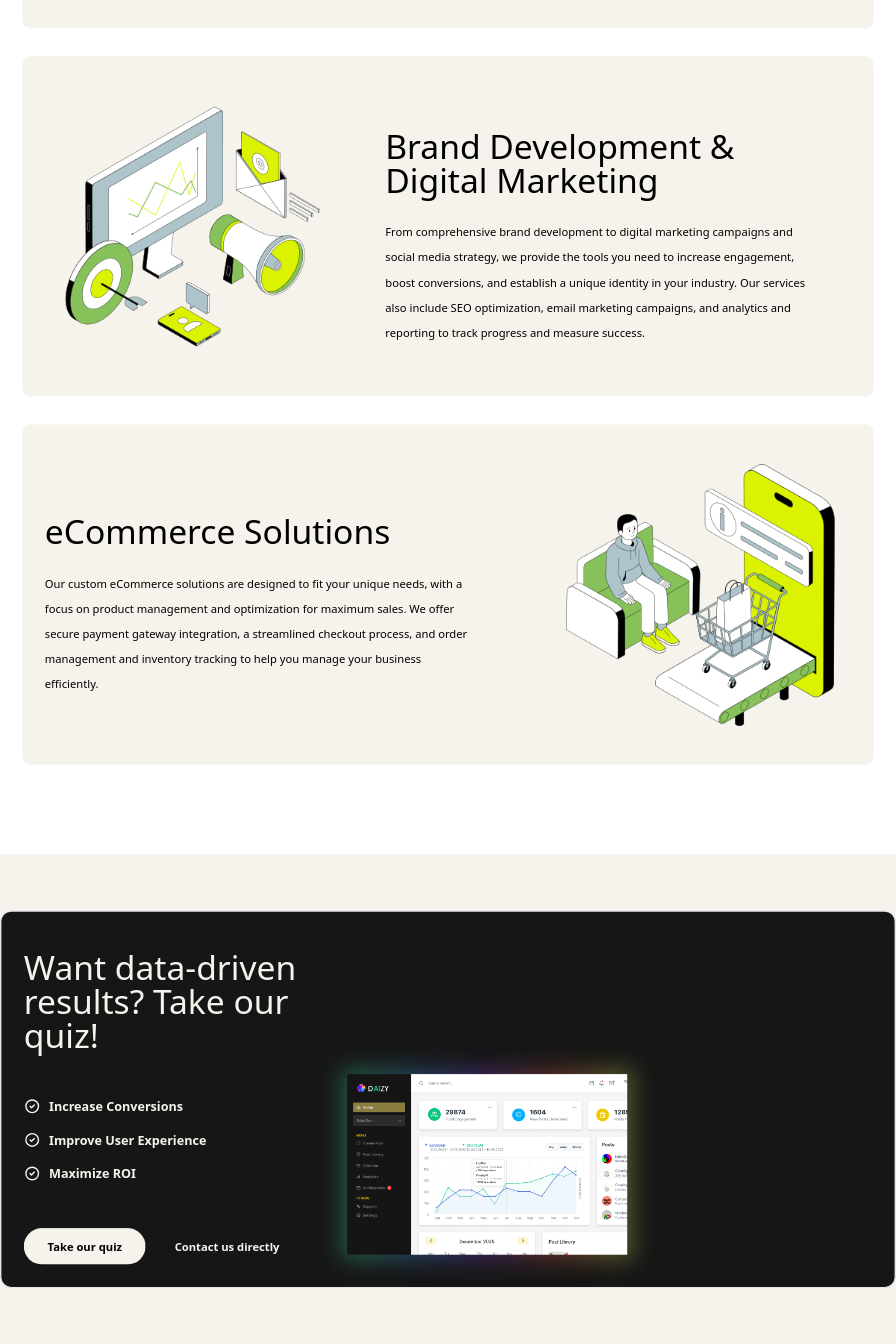
Repository: ornelasedward/mired_website
Page: /
The author's editor kept a copy of each file at every save. The page is drawn from the files as they stood at one save, then again after the next save.
The browser window is 1280 px wide. The pictures show the part of the page from y = 2609 to 4529 px (the page is 4529 px tall), at 70% of full size.
The project was rebuilt for these pictures with package versions that can differ from the ones it lists, and the page was loaded fresh each time. The framework's server and built-in components were replaced by stand-ins that run in the browser. Also part of the build but not shown: next.config.js.

Above is the page before, as saved 2023-03-30 18:51:43.

After the next save:
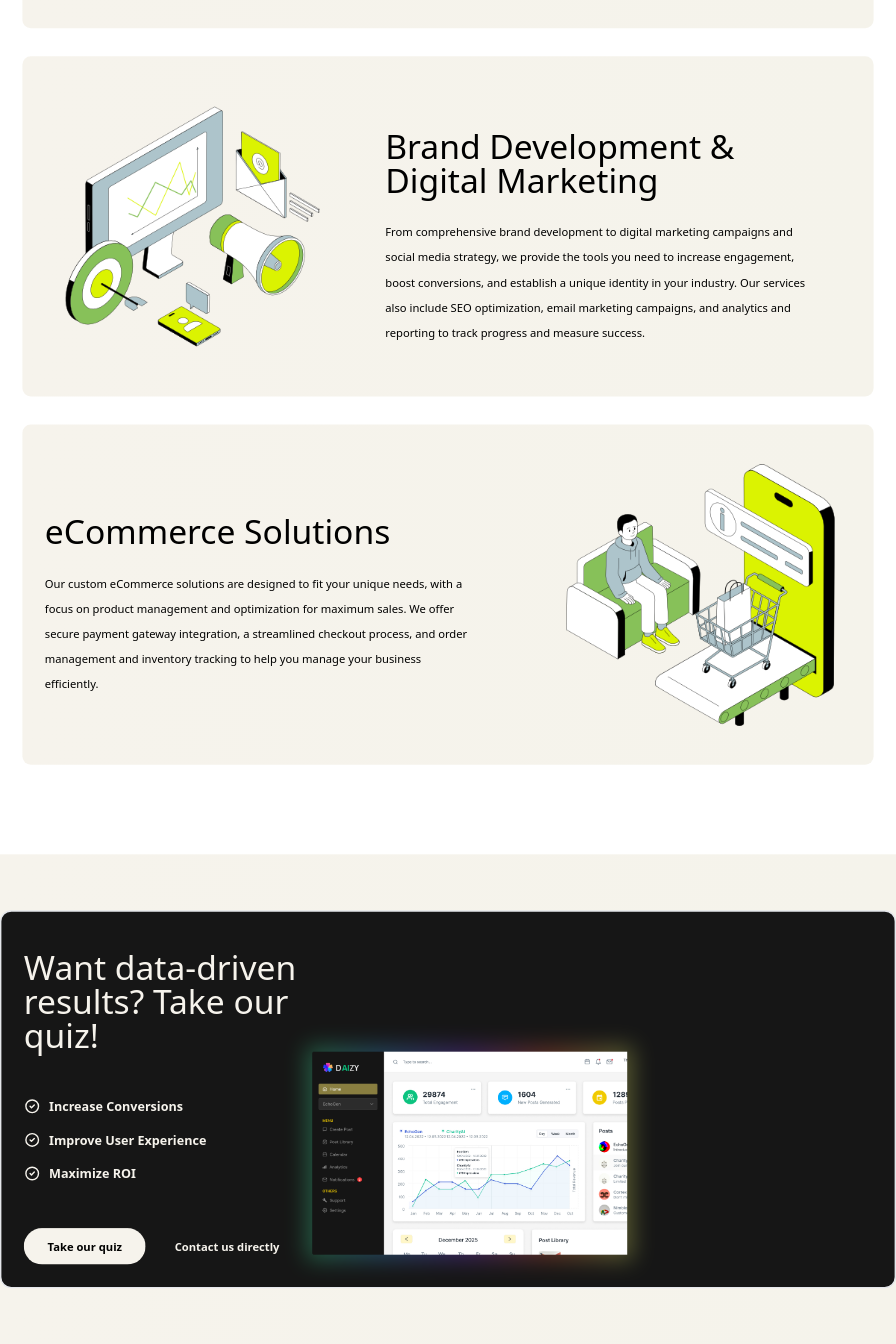
Saved 4 s later.
--- a/components/CTA.tsx
+++ b/components/CTA.tsx
@@ -156,7 +156,7 @@
             <div className="relative">
               <div className="aspect-w-16 aspect-h-12 lg:aspect-none">
                 <Image
-                  className="object-cover object-left-top w-[400px] h-full lg:max-w-4xl 2xl:max-w-5xl"
+                  className="object-cover object-left-top w-[450px] h-full lg:max-w-4xl 2xl:max-w-5xl"
                   src={Dashboard}
                   alt=""
                 />
